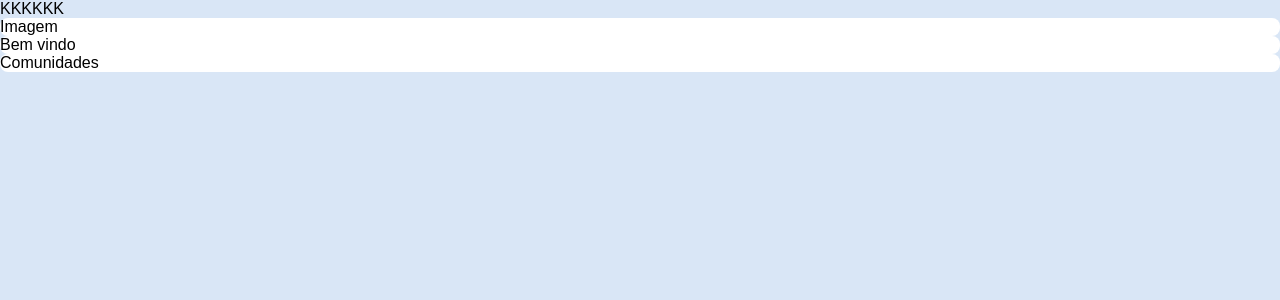
Repository: jminervino/alurakut
Page: /
These files come from the project's save history. The page is drawn as it stood at one moment and after the next save; the edit follows.
The browser window is 1280 px wide. The pictures show the whole page.
The project was rebuilt for these pictures with package versions that can differ from the ones it lists, and the page was loaded fresh each time. The framework's server and built-in components were replaced by stand-ins that run in the browser. Also part of the build but not shown: next.config.js.

Above is the page before, as saved 2022-03-23 11:03:38.

After the next save:
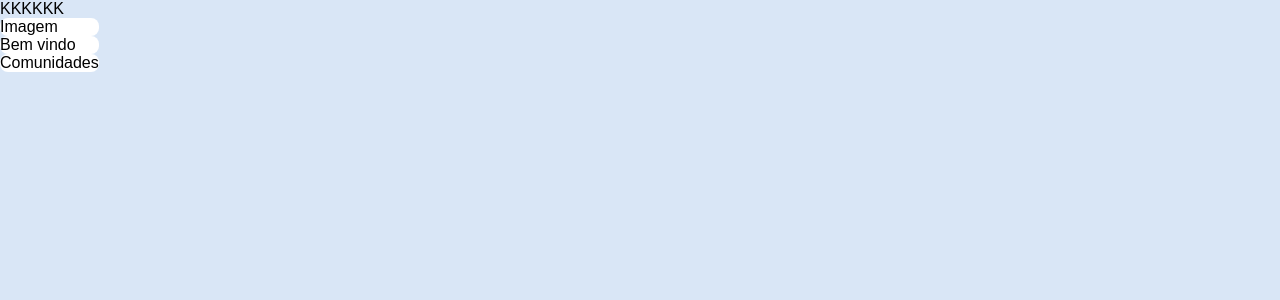
Saved 3 min 30 s later.
--- a/pages/_app.js
+++ b/pages/_app.js
@@ -11,6 +11,10 @@
   body {
     font-family: sans-serif;
     background-color: #D9E6F6;
+  }
+
+  #__next {
+    display: flex;
   }
 `
 

After the 2 saves that followed:
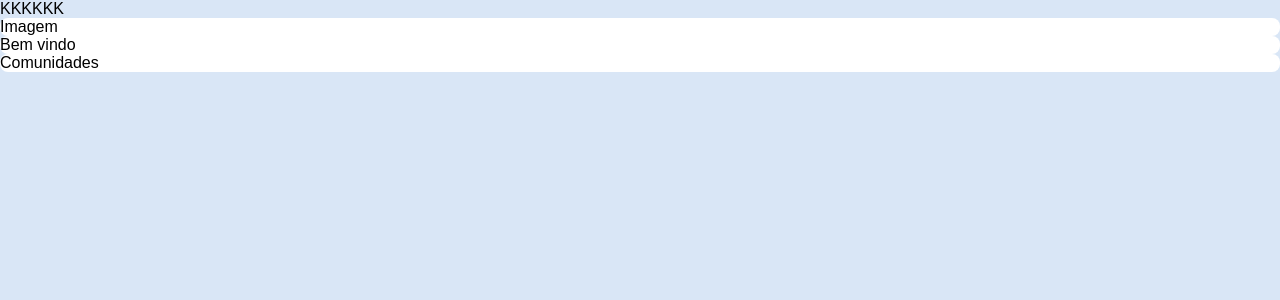
The 2 saves are shown as one change because 1 left the picture as it was.
The last was saved 83 s later.
--- a/pages/_app.js
+++ b/pages/_app.js
@@ -15,6 +15,8 @@
 
   #__next {
     display: flex;
+    min-height: 100vh;
+    flex-direction: column;
   }
 `
 
